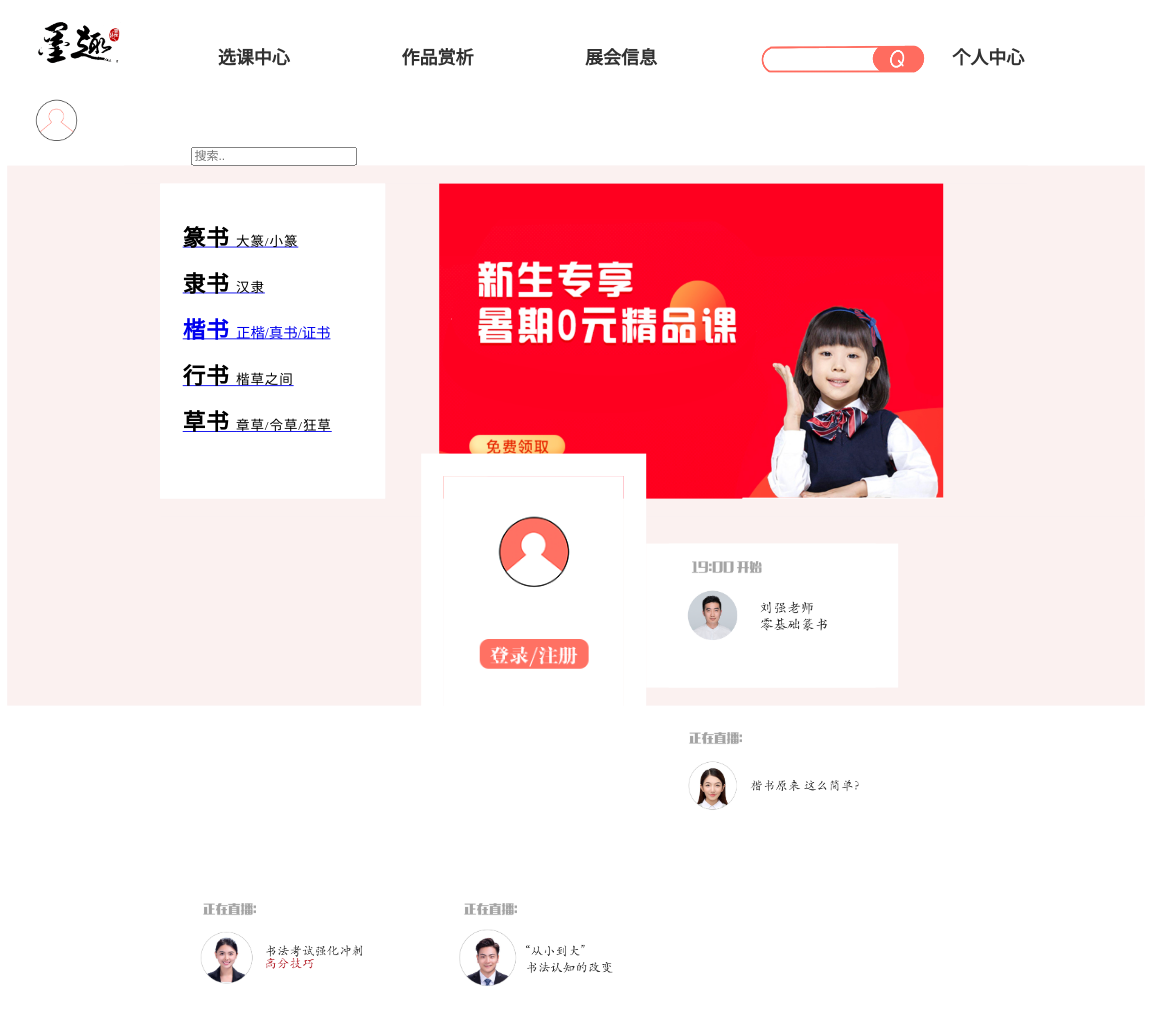
Repository: YukiXueyan/moquWebsite
Page: src/index.html
These files come from the project's save history. The page is drawn as it stood at one moment and after the next save; the edit follows.
The browser window is 1280 px wide. The pictures show the whole page, at 90% of full size.

Above is the page before, as saved 2020-07-04 19:21:32.

After the next save:
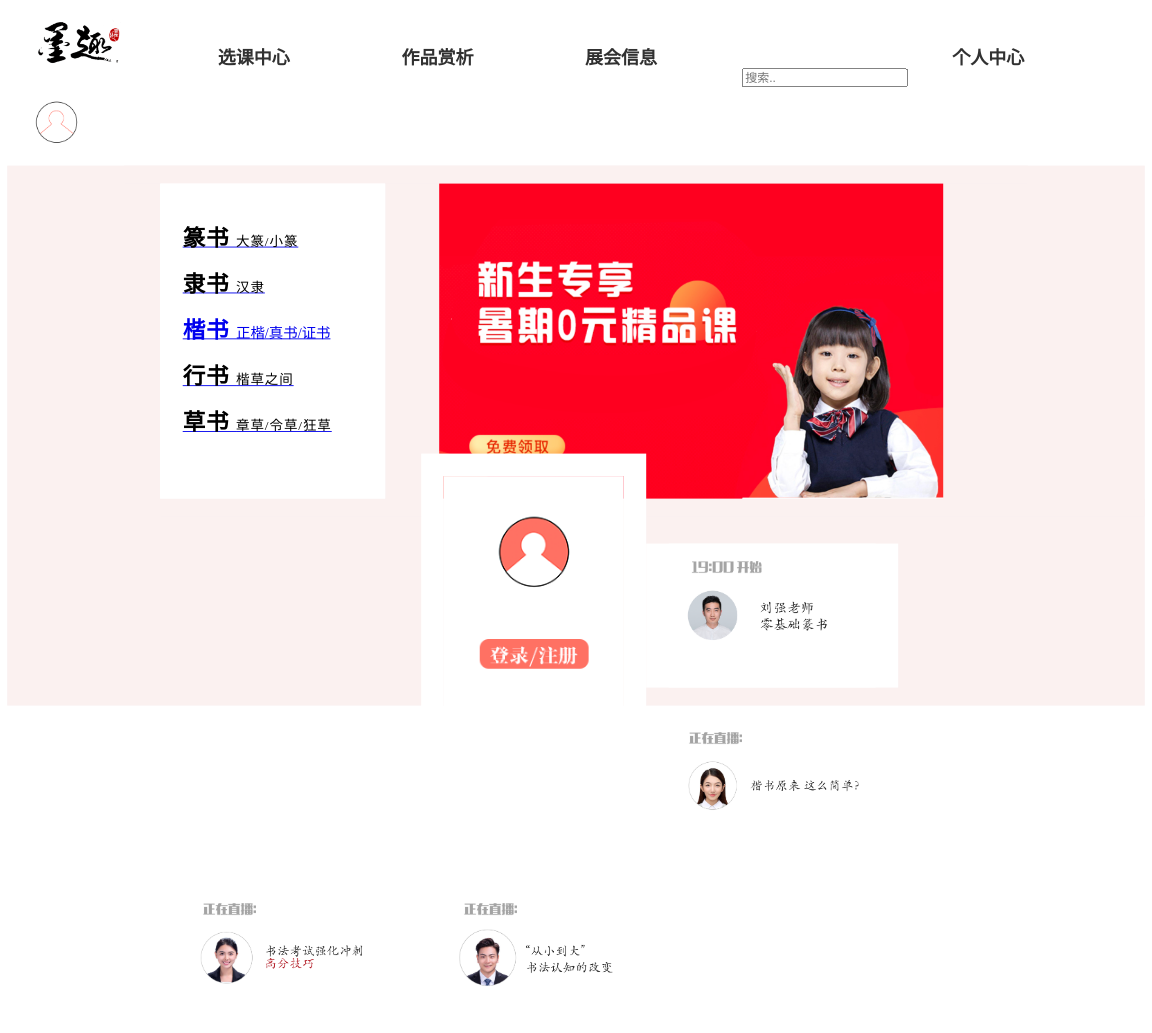
Saved 35 s later.
--- a/src/index.html
+++ b/src/index.html
@@ -95,10 +95,10 @@ img{
         <li><a href="chooseCourse.html">选课中心</a></li>
         <li><a href="ArtView.html">作品赏析</a></li>
         <li><a href="information.html">展会信息</a></li>
-        <li><img src="../image/search2.png" width="230" height="60"></li>
+        <li><input type="text" placeholder="搜索.."></li>
         <li><a href="personalCenter.html">    个人中心    </a></li>
         <li><a href="login.html"><img src="../image/touxiang.png" width=50"></a></li>
-        <input type="text" placeholder="搜索..">
+
     </ul>
 </div>
 
